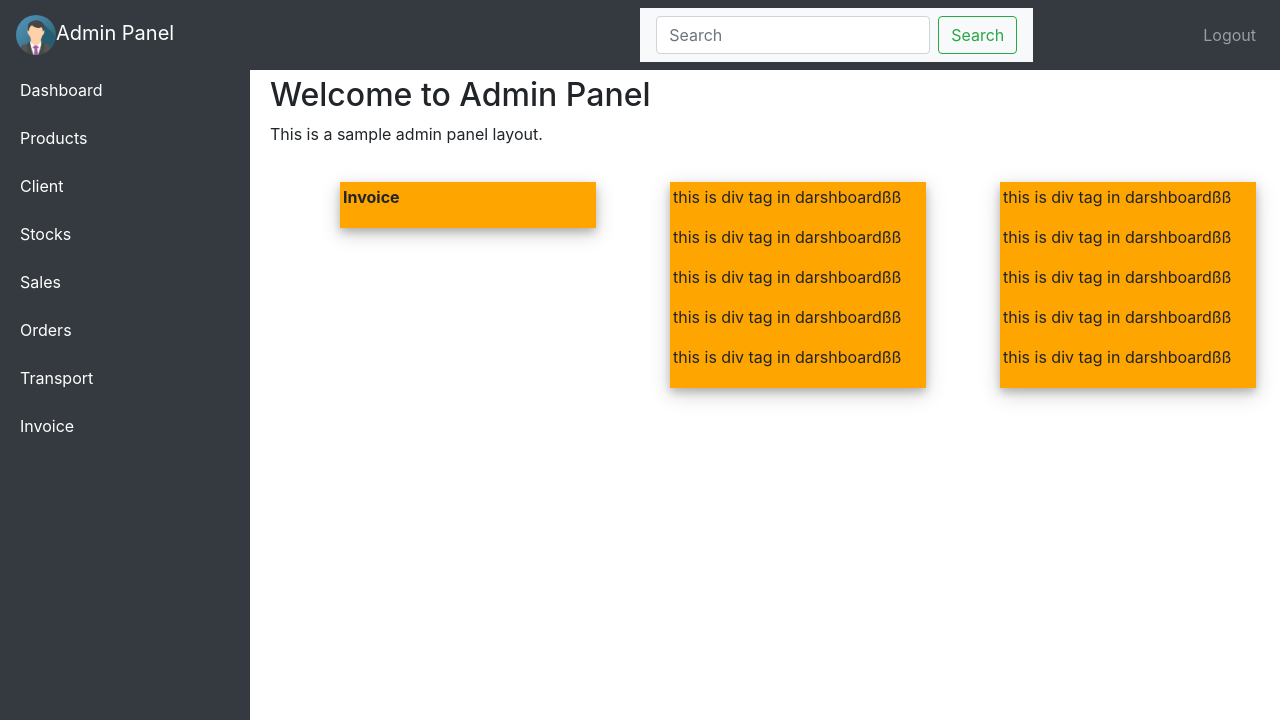
Repository: AmrutaAware/CodingQueens
Page: workspaceBilling/BillingSystem/src/main/webapp/home.html
The author's editor kept a copy of each file at every save. The page is drawn from the files as they stood at one save, then again after the next save.
The browser window is 1280 px wide. The pictures show the whole page.
Some web libraries are served in a nearby version.

Above is the page before, as saved 2024-03-14 11:36:45.

### workspaceBilling/BillingSystem/src/main/webapp/home.html
<!DOCTYPE html>
<html lang="en">
<head>
  <meta charset="UTF-8">
  <meta name="viewport" content="width=device-width, initial-scale=1.0">
  <title>Admin Panel</title>
  <!-- Bootstrap CSS -->
  <link href="https://stackpath.bootstrapcdn.com/bootstrap/4.5.2/css/bootstrap.min.css" rel="stylesheet">
  <!-- Custom CSS -->
  <style>
    /* Add your custom styles here */
    body {
      padding-top: 56px; /* Adjust according to your navbar height */
    }

    .sidebar {
      height: 100%;
      width: 250px;
      position: fixed;
      top: 10px;
      left: 0;
      background-color: #343a40;
      padding-top: 56px;

    }

    .sidebar .list-group-item {
      color: #fff;
      border: none;
      background-color: transparent;
    }

    .sidebar .list-group-item:hover {
      background-color: #495057;
    }

    .content {
      margin-left: 250px;
      padding: 20px;
    }
    .dashboard {
    width:20%;

    position:absolute;
    left:340px;
    background:orange;
    border: 3px solid orange;
  	box-shadow: 0 4px 8px 0 rgba(0, 0, 0, 0.2), 0 6px 20px 0 rgba(0, 0, 0, 0.19);
	transition: width 2s, height 2s, transform 2s;
    }

    .dashboard1
    {
    width:20%;
    /* height:30%; */
    position:absolute;
    left:670px;
    background:orange;
    border: 3px solid orange;
  box-shadow: 0 4px 8px 0 rgba(0, 0, 0, 0.2), 0 6px 20px 0 rgba(0, 0, 0, 0.19);

transition: width 2s, height 2s, transform 2s;
    }
    .dashboard2
    {
    width:20%;
    /* height:30%; */
    position:absolute;
    left:1000px;
    background:orange;
    border: 3px solid orange;
  box-shadow: 0 4px 8px 0 rgba(0, 0, 0, 0.2), 0 6px 20px 0 rgba(0, 0, 0, 0.19);
  }
    /* .dashboard:hover {
  width: 300px;

} */
a:link {
  text-decoration: none;

}


  </style>
</head>
<body>
  <!-- Navbar -->
  <nav class="navbar navbar-expand-lg navbar-dark bg-dark fixed-top">
    <a class="navbar-brand" href="#"><img src="img/img_avatar1.jpeg" alt="Logo" style="width:40px;" class="rounded-pill">Admin Panel</a>
    <button class="navbar-toggler" type="button" data-toggle="collapse" data-target="#navbarNav" aria-controls="navbarNav" aria-expanded="false" aria-label="Toggle navigation">
      <span class="navbar-toggler-icon"></span>
    </button>
    <nav class="navbar navbar-light bg-light" style="position: relative; left:450px">
  <form class="form-inline" >
    <input class="form-control mr-sm-2" type="search" placeholder="Search" aria-label="Search">
    <button class="btn btn-outline-success my-2 my-sm-0" type="submit">Search</button>
  </form>
</nav>
    <div class="collapse navbar-collapse" id="navbarNav">
      <ul class="navbar-nav ml-auto">
        <!-- <li class="nav-item">
          <a class="nav-link" href="#">Dashboard</a>
        </li>
        <li class="nav-item">
          <a class="nav-link" href="#">Users</a>
        </li>
        <li class="nav-item">
          <a class="nav-link" href="#">Settings</a>
        </li> -->
        <li class="nav-item">
          <a class="nav-link" href="#">Logout</a>
        </li>
      </ul>
    </div>
  </nav>

  <!-- Sidebar -->

  <div class="sidebar">
    <div class="list-group">
      <li class="list-group-item list-group-item-action" > <a href="#" style="color:white" >
      Dashboard</a>


      </li>
      <li class="list-group-item list-group-item-action"> <a href="product.html" style="color:white"><i class="fas fa-users"></i> Products <div class="sub-menu">

      </div></a></li>


      <li class="list-group-item list-group-item-action"> <a href="#" style="color:white"><i class="fas fa-user"></i> Client <div class="sub-menu">
        <!-- Add your sub-menu items here -->
      </div></a></li>
      <li class="list-group-item list-group-item-action"><a href="#" style="color:white"><i class="fas fa-cubes"></i> Stocks <div class="sub-menu">
        <!-- Add your sub-menu items here -->
      </div></a></li>
      <li class="list-group-item list-group-item-action"><a href="sales.html" style="color:white"><i class="fas fa-chart-line"></i> Sales <div class="sub-menu">
        <!-- Add your sub-menu items here -->
      </div></a></li>
      <li class="list-group-item list-group-item-action"><a href="Order.html" style="color:white"><i class="fas fa-shopping-cart"></i> Orders
      <div class="sub-menu">

        <!-- Add your sub-menu items here -->
      </div>
      </a>
    </li>
      <li class="list-group-item list-group-item-action"><a href="transport.html" style="color:white"><i class="fas fa-user"></i> Transport <div class="sub-menu">
        <!-- Add your sub-menu items here -->
      </div></a></li>
      <li class="list-group-item list-group-item-action" ><a href="#"style="color:white"><i class="fas fa-credit-card"></i> Invoice <div class="sub-menu">
        <!-- Add your sub-menu items here -->
      </div></a></li>
      <!-- <li class="list-group-item list-group-item-action"><a href="logout.html"><i class="fas fa-sign-out-alt"></i> Logout</a></li>
    </ul>
  </div> -->

     <!--  <a href="#" class="list-group-item list-group-item-action">Logout</a> -->
    </div>
  </div>

  <!-- Main Content -->
  <div class="content">
    <h2>Welcome to Admin Panel</h2>
    <p>This is a sample admin panel layout.</p>
  </div>
<div class="dashboard">
      <p style="font-weight: bold ">Invoice</p>

      </div>
      <div class="dashboard1">
      <p>this is div tag in darshboardßß</p>
      <p>this is div tag in darshboardßß</p>
      <p>this is div tag in darshboardßß</p>
      <p>this is div tag in darshboardßß</p>
      <p>this is div tag in darshboardßß</p>
      </div>
      <div class="dashboard2">
      <p>this is div tag in darshboardßß</p>
      <p>this is div tag in darshboardßß</p>
      <p>this is div tag in darshboardßß</p>
      <p>this is div tag in darshboardßß</p>
      <p>this is div tag in darshboardßß</p>
      </div>
      <div class="dashboard3">
      <p>this is div tag in darshboardßß</p>
      <p>this is div tag in darshboardßß</p>
      <p>this is div tag in darshboardßß</p>
      <p>this is div tag in darshboardßß</p>
      <p>this is div tag in darshboardßß</p>
      </div>
  <!-- Bootstrap JS, jQuery, and Popper.js -->
  <script src="https://code.jquery.com/jquery-3.5.1.slim.min.js"></script>
  <script src="https://cdn.jsdelivr.net/npm/@popperjs/core@2.5.4/dist/umd/popper.min.js"></script>
  <script src="https://stackpath.bootstrapcdn.com/bootstrap/4.5.2/js/bootstrap.min.js"></script>
</body>
</html>

After the next save:
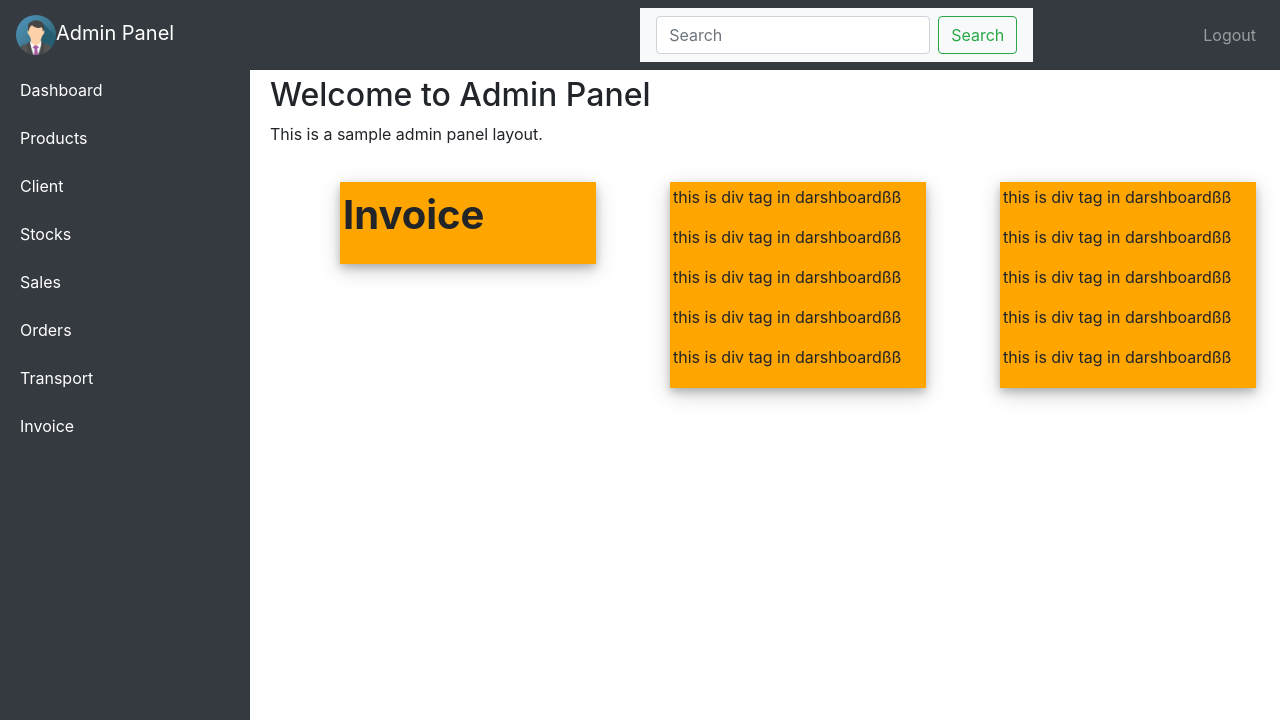
Saved 18 s later.
--- a/workspaceBilling/BillingSystem/src/main/webapp/home.html
+++ b/workspaceBilling/BillingSystem/src/main/webapp/home.html
@@ -164,7 +164,7 @@
     <p>This is a sample admin panel layout.</p>
   </div>
 <div class="dashboard">
-      <p style="font-weight: bold ">Invoice</p>
+      <p style="font-weight: bold; font-size: 40px; ">Invoice</p>
 
       </div>
       <div class="dashboard1">
